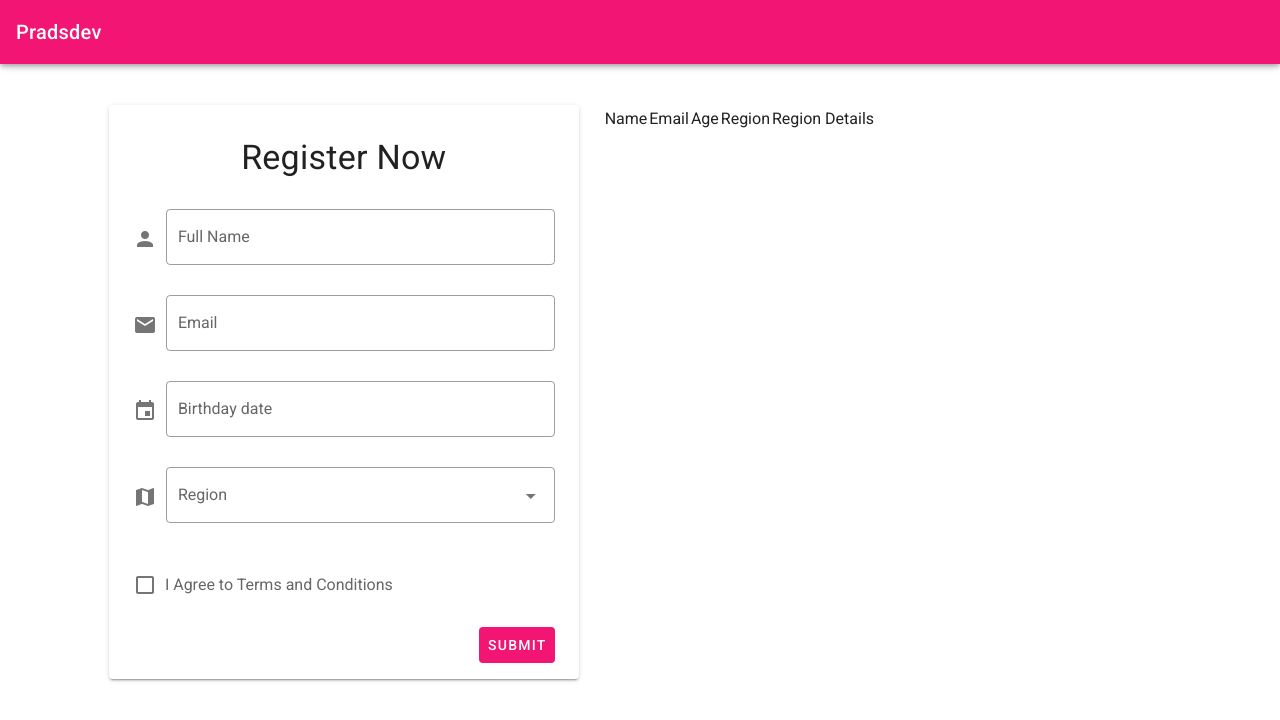
Repository: pradsdev/vue-form-validate
Page: /
The author's editor kept a copy of each file at every save. The page is drawn from the files as they stood at one save, then again after the next save.
The browser window is 1280 px wide. The pictures show the whole page.
The project was rebuilt for these pictures with package versions that can differ from the ones it lists, and the page was loaded fresh each time. Also part of the build but not shown: vue.config.js.

Above is the page before, as saved 2020-12-22 16:55:06.

After the next save:
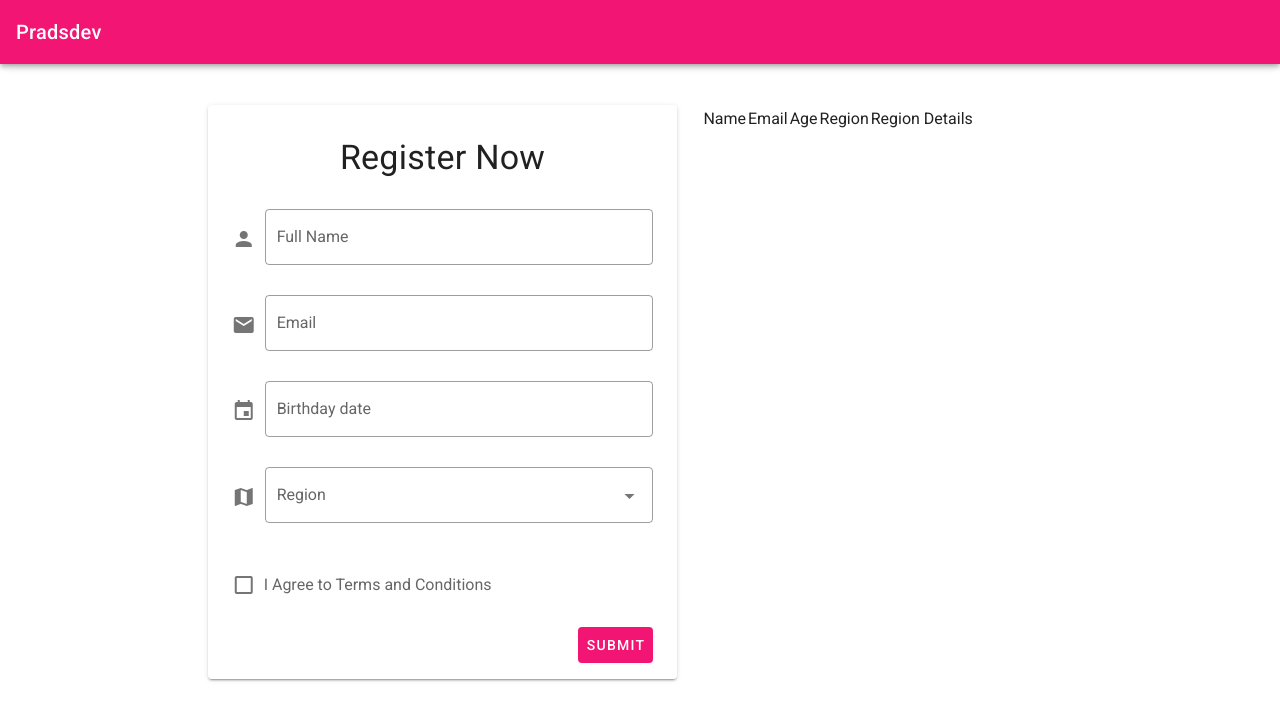
Saved 12 s later.
--- a/src/components/Table.vue
+++ b/src/components/Table.vue
@@ -1,5 +1,5 @@
 <template>
-<v-col cols="6">
+<v-col cols="4">
   <table>
   <thead>
     <td>
